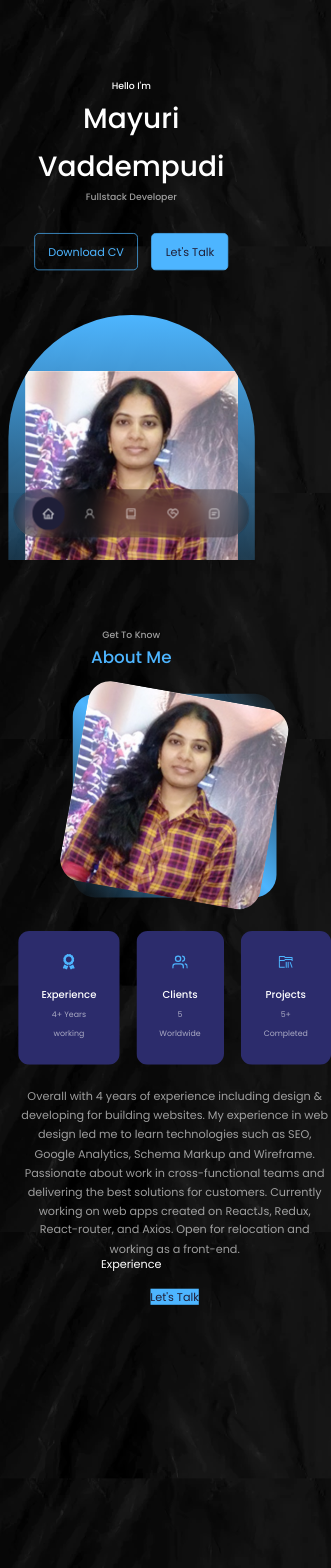
Repository: mayuri2018/Mr_react_portfolio
Page: /
An editor plug-in stored every save of this project. The page is shown before and after the next save, followed by the edit.
The browser window is 375 px wide. The page is 473 px wide, then 375 px, so the pictures cover 473 px, including what lies to the right of the window. The pictures show the part of the page from y = 0 to 2240 px (the page is 6203 px tall), at 70% of full size.
The project was rebuilt for these pictures with package versions that can differ from the ones it lists, and the page was loaded fresh each time. Also part of the build but not shown: src/components/experience/experience.css, src/components/services/services.css, src/components/portfolio/portfolio.css, src/components/testimonials/testimonials.css, src/components/contact/contact.css, src/components/footer/footer.css.

Above is the page before, as saved 2023-01-25 13:47:12.

### public/index.html
<!DOCTYPE html>
<html lang="en">
  <head>
    <meta charset="utf-8" />
    <link rel="icon" href="%PUBLIC_URL%/favicon.ico" />
    <meta name="viewport" content="width=device-width, initial-scale=1" />
    <meta name="theme-color" content="#000000" />
    <meta
      name="description"
      content="Web site created using create-react-app"
    />
    <link rel="apple-touch-icon" href="%PUBLIC_URL%/logo192.png" />
    <!--
      manifest.json provides metadata used when your web app is installed on a
      user's mobile device or desktop. See https://developers.google.com/web/fundamentals/web-app-manifest/
    -->
    <link rel="manifest" href="%PUBLIC_URL%/manifest.json" />
    <!--
      Notice the use of %PUBLIC_URL% in the tags above.
      It will be replaced with the URL of the `public` folder during the build.
      Only files inside the `public` folder can be referenced from the HTML.

      Unlike "/favicon.ico" or "favicon.ico", "%PUBLIC_URL%/favicon.ico" will
      work correctly both with client-side routing and a non-root public URL.
      Learn how to configure a non-root public URL by running `npm run build`.
    -->
    <title>React portfolio</title>
  </head>
  <body>
    <noscript>You need to enable JavaScript to run this app.</noscript>
    <div id="root"></div>
    <!--
      This HTML file is a template.
      If you open it directly in the browser, you will see an empty page.

      You can add webfonts, meta tags, or analytics to this file.
      The build step will place the bundled scripts into the <body> tag.

      To begin the development, run `npm start` or `yarn start`.
      To create a production bundle, use `npm run build` or `yarn build`.
    -->
  </body>
</html>

### src/index.css
@import url('https://fonts.googleapis.com/css2?family=Poppins:wght@300;400;500;600&display=swap');
*{
  margin:0;
  padding: 0;
  border: 0;
  outline: 0;
  box-sizing:border-box;
  list-style: none;
  text-decoration: none;
}
:root{
  --color-bg:#1f1f38;
  --color-bg-variant:#2c2c6c;
  --color-primary:#4db5ff;
  --color-primary-vriant:rgba(77,181,255,0.4);
  --color-white:#fff;
  --color-light:rgba(255, 255, 255, 0.6);
  --transition: all 400ms;
  --container-width-lg:75%;
  --container-width-md:86%;
  --container-width-ms:90%;
}

html {
  scroll-behavior: smooth;
}

::-webkit-scrollbar{
  display: none;
}
body{
  font-family: "Poppins", sans-serif;
  background:var (--color-white);
  color: var(--color-white);
  line-height: 1.7;
  background-image: url(../src/assets/bg-texture.webp);
}
/*---------general style---------*/
.container{
  width: var(--container-width-lg);
  margin: 0 auto;
}

h1,
h2,
h3,
h4,
h5{
  font-weight:500;
}
h1{
  font-size: 2.5rem;
}
section{
  margin-top: 8rem;
  height: 100vh;
}
section > h2,
section >h5{
  text-align: center;
  color: var(--color-light);
}
section > h2{
  color: var(--color-primary);
  margin-bottom: 3rem;
}
.text-light{
  color: var(--color-light);
}
a{
  color: var(--color-primary);
  transition: var(--transition);
}
a:hover{
  color: var(--color-white);
}
.btn{
  width: max-content;
  display: inline-block;
  color: var(--color-primary);
  padding: 0.75rem 1.2rem;
  border-radius: 0.4rem;
  cursor: pointer;
  border: 1px solid var(--color-primary);
  transition: var(--transition);
}
.btn:hover{
  background: var(--color-white);
  color: var(--color-bg);
  border-color: transparent;
}
.btn-primary{
  background: var(--color-primary);
  color: var(--color-bg);
}
img{
  display: block;
  width: 100%;
  object-fit: cover;
}
/*----------Media Queries (Medium devices)-----*/
@media screen and (max-width: 1024px){
  .container{
    width: var(--container-width-md);
  }
  section{
    margin-top: 6rem;
  }

}
/*----------Media Queries (small devices)-----*/
@media screen and (max-width: 600px){
  .container{
    width: var(--container-width-md);
  }
  section > h2{
    margin-bottom: 2rem;
  }

}

### src/App.js
import logo from './logo.svg';
import './App.css';
import Header from "./components/header/Header";
import Nav from "./components/nav/Nav";
import About from "./components/about/About";
import Experience from "./components/experience/Experience";
import Services from "./components/services/Services";
import Portfolio from "./components/portfolio/Portfolio";
import Testimonials from "./components/testimonials/Testimonials";
import Contact from "./components/contact/Contact";
import Footer from "./components/footer/Footer";

function App() {
  return (
    <div className="App">
      <Header/>
      <Nav/>
      <About/>
      <Experience/>
      <Services/>
      <Portfolio/>
      <Testimonials/>
      <Contact/>
      <Footer/>

    </div>
  );
}

export default App;

### src/components/header/Header.jsx
import React from "react";
import "./header.css";
import ME from "../../assets/ME.jpeg";
import CTA from "./CTA";
import HeaderSocials from "./HeaderSocials";

export default function Header(){
    return(
        <header>
            <div className="container header_container">
                <h5>Hello I'm</h5>
                <h1>Mayuri Vaddempudi</h1>
                <h5 className="text-light">Fullstack Developer</h5>
                <CTA/>
                <HeaderSocials/>
                <div className="me">
                    <img src={ME} alt="me"/>
                </div>
                <a href="#contact" className="scroll_down">Scroll Down</a>
            </div>
        </header>

    )
}

### src/components/nav/Nav.jsx
import React from "react";
import "./nav.css";
import {AiOutlineHome} from "react-icons/ai";
import {BiBook} from "react-icons/bi";
import {AiOutlineUser} from "react-icons/ai";
import {RiServiceLine} from "react-icons/ri";
import {BiMessageSquareDetail} from "react-icons/bi";
import { useState } from "react";

export default function Nav(){
    const[activeNav, setActiveNav] = useState("#")
    return(
        <nav>
            <a href="#" onClick = {()=> setActiveNav("#")}className={activeNav === "#" ? "active" : ""}><AiOutlineHome/></a>
            <a href="#about" onClick = {()=> setActiveNav("#about")}className={activeNav === "#about" ? "active" : ""}><AiOutlineUser/></a>
            <a href="#experience" onClick = {()=> setActiveNav("#experience")}className={activeNav === "#experience" ? "active" : ""}><BiBook/></a>
            <a href="#services" onClick = {()=> setActiveNav("#services")}className={activeNav === "#services" ? "active" : ""}><RiServiceLine/></a>
            <a href="#contact" onClick = {()=> setActiveNav("#contact")}className={activeNav === "#contact" ? "active" : ""}><BiMessageSquareDetail/></a>
        </nav>

    )
}

### src/components/about/About.jsx
import React from "react";
import "./about.css";
import ME from "../../assets/ME.jpeg";
import{FaAward} from "react-icons/fa";
import{FiUsers} from "react-icons/fi";
import{VscFolderLibrary} from "react-icons/vsc";

export default function About(){
    return(
        <section id="about">
            <h5>Get To Know</h5>
            <h2>About Me</h2>
            <div className="container about_container">
                <div className="about_me">
                    <div className="about_me-image">
                        <img src={ME} alt="About-image"/>
                    </div>
                </div>

                <div className="about_content">
                    <div className="about_cards">
                        <article className="about_card">
                            <FaAward className="about_icon"/>
                            <h5>Experience</h5>
                            <small>4+ Years working</small>
                        </article>

                        <article className="about_card">
                            <FiUsers className="about_icon"/>
                            <h5>Clients</h5>
                            <small>5 Worldwide</small>
                        </article>

                        <article className="about_card">
                            <VscFolderLibrary className="about_icon"/>
                            <h5>Projects</h5>
                            <small>5+ Completed</small>
                        </article>
                    </div>
                    <p>
                    Overall with 4 years of experience including design & developing for building websites.
                    My experience in web design led me to learn technologies such as SEO, Google Analytics,
                    Schema Markup and Wireframe.
                    Passionate about work in cross-functional teams and delivering the best solutions for customers.
                    Currently working on web apps created on ReactJs, Redux, React-router, and Axios.
                    Open for relocation and working as a front-end.
                    </p>
                    <a href="#contact" className="btn-primary">Let's Talk</a>
                </div>
            </div>
        </section>
    )
}

### src/components/experience/Experience.jsx
import React from "react";
import "./experience.css";

export default function Experience (){
    return(
        <section id="experience">Experience</section>
    )
}

### src/components/services/Services.jsx
import React from "react";
import "./services.css";

export default function Services(){
    return(
        <section id="services">Services</section>
    )
}

### src/components/portfolio/Portfolio.jsx
import React from "react";
import "./portfolio.css";

export default function Portfolio(){
    return(
        <section id="portfolio">Portfolio</section>
    )
}

### src/components/testimonials/Testimonials.jsx
import React from "react";
import "./testimonials.css";

export default function Testimonials(){
    return(
        <section id="testimonials">Testimonials</section>
    )
}

### src/components/contact/Contact.jsx
import React from "react";
import "./contact.css";

export default function Contact(){
    return(
        <section id="contact">Contact</section>
    )
}

### src/components/footer/Footer.jsx
import React from "react";
import "./footer.css";

export default function Footer(){
    return(
        <div>Footer</div>
    )
}

### src/components/header/header.css
header{
    height: 100vh;
    padding-top: 7rem;
    overflow: hidden;
}
.header_container{
    text-align: center;
    height: 100%;
    position: relative;
}
/*------------CTA-----------*/
.cta{
    margin-top: 2.5rem;
    display: flex;
    gap: 1.2rem;
    justify-content: center;
}
/*------------headerSocials-----------*/
.header_socials{
    display: flex;
    flex-direction: column;
    align-items: center;
    gap: 0.8rem;
    position: absolute;
    left: 0;
    bottom: 3rem;
}
.header_socials::after{
    content: "";
    width: 1px;
    height: 2rem;
    background: var(--color-primary);
}
/*------------ME-----------*/
.me{
    background: linear-gradient(var(--color-primary), transparent);
    width: 22rem;
    height: 30rem;
    position: absolute;
    left: calc(50% - 11rem);
    margin-top: 4rem;
    border-radius: 12rem 12rem 0 0;
    overflow: hidden;
    padding: 5rem 1.5rem 1.5rem 1.5rem;
}
/*------------scroll down-----------*/
.scroll_down{
    position: absolute;
    right: -2.3rem;
    bottom: 5rem;
    transform: rotate(90deg);
    font-weight: 300;
    font-size: 0.9;
}
/*----------Media Queries (Medium devices)-----*/
@media screen and (max-width: 1024px){
    header{
        height: 68vh;
    }

  }
  /*----------Media Queries (small devices)-----*/
  @media screen and (max-width: 600px){
    header{
        height: 100vh;
    }
    .header_socials,
    .scroll_down{
        display: none;
    }
  }

### src/components/header/CTA.jsx
import React from "react";

export default function CTA(){
    return(
        <div className="cta">
           <a href="{CV}" className="btn">Download CV</a>
           <a href="#contact" className="btn btn-primary">Let's Talk</a>
        </div>
    )
}

### src/components/header/HeaderSocials.jsx
import React from "react";
import {BsLinkedin} from "react-icons/bs";
import {BsGithub} from "react-icons/bs";
import {FaDribbble} from "react-icons/fa";

export default function HeaderSocials(){
    return(
        <div className="header_socials">
            <a href="https://linkedin.com" target="_blank"><BsLinkedin/></a>
            <a href="https://github.com" target="_blank"><BsGithub/></a>
            <a href="https://dribble.com" target="_blank"><FaDribbble/></a>
        </div>
    )
}

### src/components/nav/nav.css
nav{
    background: rgba(0, 0, 0, 0.3);
    width: max-content;
    display: block;
    padding: 0.7rem 1.7rem;
    z-index: 2;
    position: fixed;
    left: 50%;
    transform: translate(-50%);
    bottom: 2rem;
    display: flex;
    gap: 0.8rem;
    border-radius: 3rem;
    backdrop-filter: blur(15px);
}
nav a{
    background: transparent;
    padding: 0.9rem;
    border-radius: 50%;
    display: flex;
    color: var(--color-light);
    font-size: 1.1rem;
}
nav a:hover{
    background:rgba(0, 0, 0, 0.3);
}
nav a.active{
    background: var(--color-bg);
    color: var(--color-white);
}

### src/components/about/about.css
.about_container{
    display: grid;
    grid-template-columns: 35% 50%;
    gap:15%;
}

.about_me{
    width: 100%;
    aspect-ratio: 1/1;
    border-radius: 2rem;
    background: linear-gradient(
        45deg,
        transparent,
        var(--color-primary),
        transparent);
    display: grid;
    place-items: center;
}

.about_me-image{
    border-radius: 2rem;
    overflow: hidden;
    transform: rotate(10deg);
    transition: var(--transition);
}

.about_me-image:hover{
    transform: rotate(0);
}
.about_cards{
    display: grid;
    grid-template-columns: repeat(3, 1fr);
    gap: 1.5em;
}

.about_card{
    background: var(--color-bg-variant);
    border: 1px solid transparent;
    border-radius: 1rem;
    padding: 2rem;
    text-align: center;
    transition: var(--transition);
}

.about_card:hover{
    background: transparent;
    border-color: var(--color-primary-variant);
    cursor: default;
}

.about_icon{
    color: var(--color-primary);
    font-size: 1.4rem;
    margin-bottom: 1rem;
}
.about_card h5{
    font-size: 0.9rem;
}

.about_card small{
    font-size: 0.7rem;
    color: var(--color-light);
}

.about_content p{
    margin: 2rem 0 2.6rem;
    color:var(--color-light);
}

/*----------Media Queries (Medium devices)-----*/
@media screen and (max-width: 1024px){
    .about_container{
        grid-template-columns: 1fr;
        gap:0;
    }
    .about_me{
        width: 50%;
        margin: 1rem 0 1.5rem;
    }

  }
  /*----------Media Queries (small devices)-----*/
  @media screen and (max-width: 600px){
    .about_me{
        width: 65%;
        margin: 0 auto 3rem;
    }
  }

Loaded but not shown: src/index.js (common file); src/reportWebVitals.js (common file); src/App.css (common file)

After the next save:
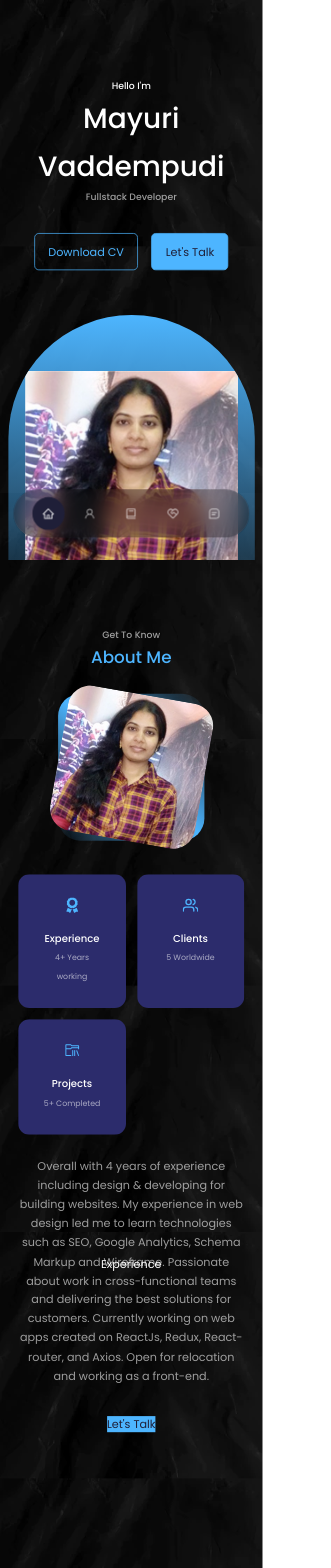
Saved 74 s later.
--- a/src/components/about/about.css
+++ b/src/components/about/about.css
@@ -85,4 +85,8 @@
         width: 65%;
         margin: 0 auto 3rem;
     }
+    .about_cards{
+        grid-template-columns: 1fr 1fr;
+        gap:1rem ;
+    }
   }
